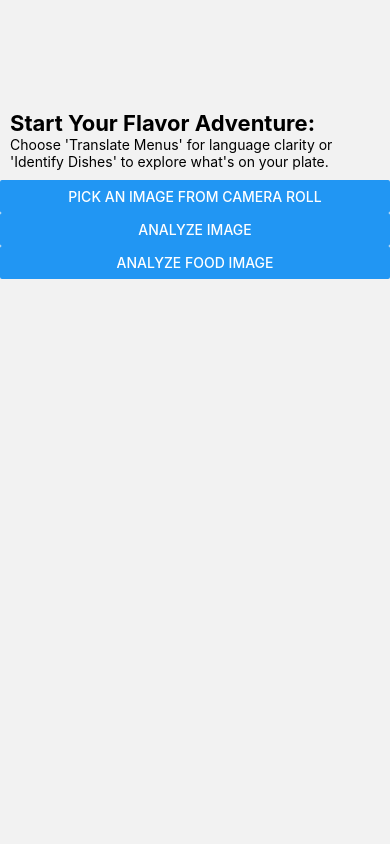
Repository: djdjdallas/taste-without-borders
Screen: /Home
These files come from the project's save history. The screen is drawn as it stood at one moment and after a run of saves; the edit follows.
The app was drawn by React Native's web renderer in a window 390 px wide. The project was rebuilt for these pictures with package versions that can differ from the ones it lists, and the page was loaded fresh each time.

Above is the screen before, as saved 2023-12-26 20:00:35.

After the next 2 saves:
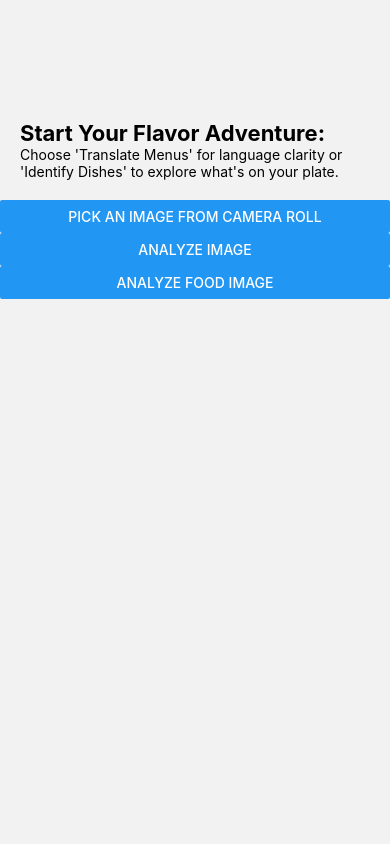
The 2 saves are shown as one change because they came seconds apart.
The last was saved 6 s later.
--- a/HomeScreen.js
+++ b/HomeScreen.js
@@ -154,7 +154,7 @@ const HomeScreen = () => {
 
   return (
     <View style={{ marginTop: 100 }}>
-      <View style={{ textAlign: "left", padding: 10 }}>
+      <View style={{ textAlign: "left", padding: 20 }}>
         <Text
           style={{
             fontSize: 22,
